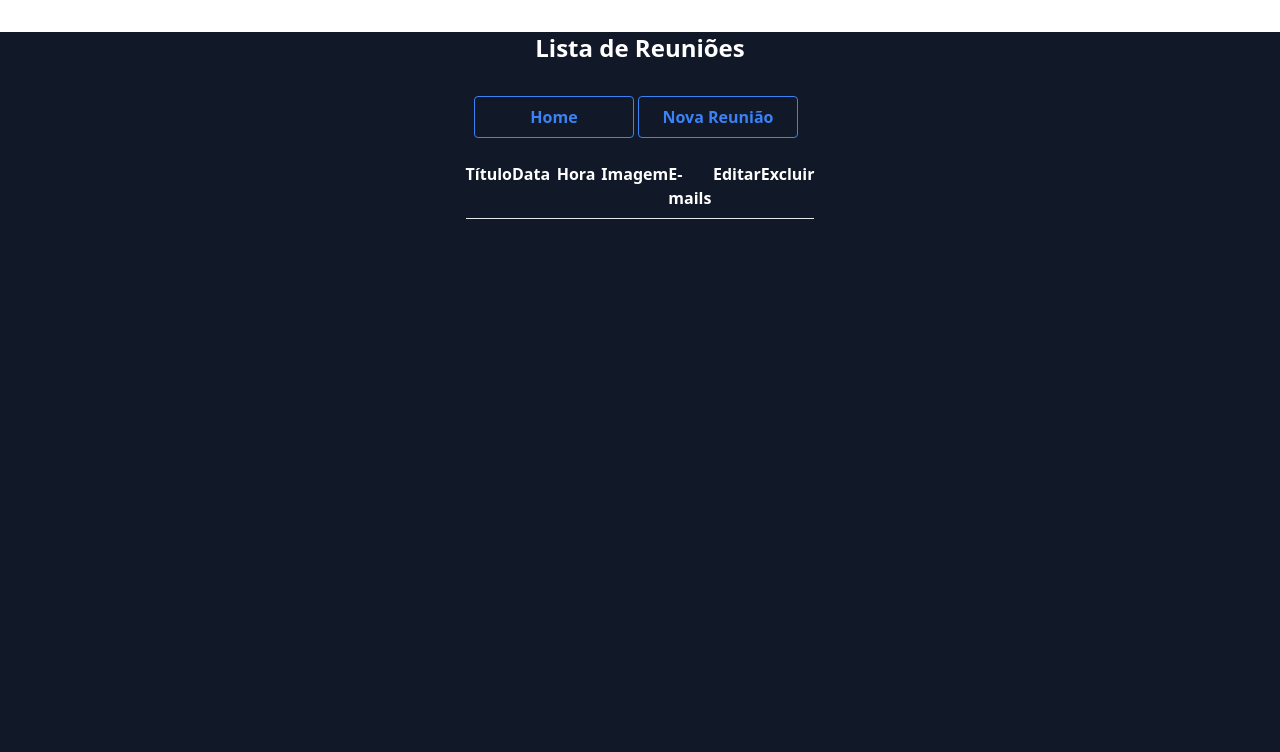
Repository: TamiBeira/meeting
Page: /meetings
These files come from the project's save history. The page is drawn as it stood at one moment and after the next save; the edit follows.
The browser window is 1280 px wide. The pictures show the whole page.
The project was rebuilt for these pictures with package versions that can differ from the ones it lists, and the page was loaded fresh each time. Also part of the build but not shown: vite.config.ts, src/contexts/FormContext.tsx, src/components/Form.tsx, src/components/HomePage.tsx.

Above is the page before, as saved 2024-02-27 00:37:09.

### index.html
<!doctype html>
<html lang="pt">
  <head>
    <meta charset="UTF-8" />
    <meta name="viewport" content="width=device-width, initial-scale=1.0" />
    <title>Meeting</title>
  </head>
  <body>
    <div id="root"></div>
    <script type="module" src="/src/main.tsx"></script>
  </body>
</html>

### src/app.tsx
import { BrowserRouter as Router, Routes, Route } from 'react-router-dom';
import { FormProvider } from './contexts/FormContext';
import { MeetingsProvider } from './contexts/MeetingsContext';
import { Form } from './components/Form';
import { MeetingsView } from './components/MeetingsView';
import { HomePage } from './components/HomePage';

export const App = () => {
  return (
    <Router>
      <Routes>
        <Route path="/" element={<HomePage />} />
        <Route path="/form" element={<FormProvider><Form /></FormProvider>} />
        <Route path="/meetings" element={<MeetingsProvider><MeetingsView /></MeetingsProvider>} />
      </Routes>
    </Router>
  );
};

### src/contexts/MeetingsContext.tsx
import React, { createContext, useState, useEffect, useContext } from 'react';
import { toast } from 'react-toastify';

export interface Meeting {
  title: string;
  data: string;
  hora: string;
  imagem?: string;
  imagemPath?: string;
  emails: string[];
}

interface MeetingsContextType {
  meetings: Meeting[];
  editableIndex: number | null;
  editedMeeting: Meeting;
  handleEdit: (index: number) => void;
  handleSave: () => void;
  handleDelete: (index: number) => void;
  handleInputChange: (event: React.ChangeEvent<HTMLInputElement>, key: string) => void;
}

interface MeetingContextProviderProps {
  children: React.ReactNode;
}

const MeetingsContext = createContext<MeetingsContextType | undefined>(undefined);

export const useMeetingsContext = () => {
  const context = useContext(MeetingsContext);
  if (!context) {
    throw new Error('useMeetingsContext must be used within a MeetingsProvider');
  }
  return context;
};

export const MeetingsProvider: React.FC<MeetingContextProviderProps> = ({ children }) => {
  const [meetings, setMeetings] = useState<Meeting[]>([]);
  const [editableIndex, setEditableIndex] = useState<number | null>(null);
  const [editedMeeting, setEditedMeeting] = useState<Meeting>({
    title: '',
    data: '',
    hora: '',
    emails: [],
  });

  useEffect(() => {
    const storedMeetings = localStorage.getItem('meetingData');
    if (storedMeetings) {
      setMeetings(JSON.parse(storedMeetings));
    }
  }, []);

  const handleEdit = (index: number) => {
    setEditableIndex(index);
    setEditedMeeting(meetings[index]);
  };

  const handleSave = () => {
    if (editableIndex === null) return;

    const updatedMeetings = [...meetings];
    updatedMeetings[editableIndex] = editedMeeting;
    setMeetings(updatedMeetings);
    localStorage.setItem('meetingData', JSON.stringify(updatedMeetings));
    setEditableIndex(null);
    setEditedMeeting({
      title: '',
      data: '',
      hora: '',
      emails: [],
    });
    toast.success('Reunião salva com sucesso!');
  };

  const handleDelete = (index: number) => {
    const confirmDelete = window.confirm('Tem certeza que deseja excluir esta reunião?');
    if (confirmDelete) {
      const updatedMeetings = [...meetings];
      updatedMeetings.splice(index, 1);
      setMeetings(updatedMeetings);
      localStorage.setItem('meetingData', JSON.stringify(updatedMeetings));
      toast.success('Reunião excluída com sucesso!');
    }
  };

  const handleInputChange = (event: React.ChangeEvent<HTMLInputElement>, key: string) => {
    setEditedMeeting({ ...editedMeeting, [key]: event.target.value });
  };

  const contextValue: MeetingsContextType = {
    meetings,
    editableIndex,
    editedMeeting,
    handleEdit,
    handleSave,
    handleDelete,
    handleInputChange,
  };

  return (
    <MeetingsContext.Provider value={contextValue}>
      {children}
    </MeetingsContext.Provider>
  );
};

### src/components/MeetingsView.tsx
import React from 'react';
import { Link } from 'react-router-dom';
import { ToastContainer } from 'react-toastify';
import { FaEdit, FaTrash } from 'react-icons/fa';
import { useMeetingsContext } from '../contexts/MeetingsContext';

export const MeetingsView: React.FC = () => {
  const {
    meetings,
    editableIndex,
    editedMeeting,
    handleEdit,
    handleSave,
    handleDelete,
    handleInputChange,
  } = useMeetingsContext();

  const handleImageChange = (e: React.ChangeEvent<HTMLInputElement>) => {
    const file = e.target.files && e.target.files[0];
    if (file) {
      const reader = new FileReader();
      reader.onloadend = () => {
        const imageDataUrl = reader.result as string;
        handleInputChange({ target: { value: imageDataUrl } } as React.ChangeEvent<HTMLInputElement>, 'imagem');
      };
      reader.readAsDataURL(file);
    }
  };

  return (
    <div className="flex flex-col items-center mt-8 bg-gray-900 w-full h-screen">
      <h2 className="text-2xl text-white font-bold mb-4">Lista de Reuniões</h2>
      <div className="mt-4 mb-4">
        <Link to="/" className="w-40 mr-1 inline-block text-center border border-solid border-blue-500 text-blue-500 font-bold px-4 py-2 rounded">Home</Link>
        <Link to="/form" className="w-40 inline-block text-center border border-solid border-blue-500 text-blue-500 font-bold mr-2 px-4 py-2 rounded">Nova Reunião</Link>
      </div>
      <ul>
        <li className="border-b border-gray-200 py-2 flex sm:flex-row font-semibold max-w-5xl">
          <div className="w-1/5 text-white">Título</div>
          <div className="w-1/5 text-white">Data</div>
          <div className="w-1/5 text-white">Hora</div>
          <div className="w-1/5 text-white">Imagem</div>
          <div className="w-1/5 text-white">E-mails</div>
          <div className="w-1/5 text-white text-center">Editar</div>
          <div className="w-1/5 text-white text-center">Excluir</div>
        </li>
        {meetings.map((meeting, index) => (
          <li key={index} className="max-w-5xl border-b border-gray-200 py-4 flex flex-col sm:flex-row justify-center items-center">
            {editableIndex === index ? (
              <>
                <input
                  type="text"
                  value={editedMeeting.title}
                  onChange={(e) => handleInputChange(e, 'title')}
                  className="mb-2 sm:mb-0 mr-4 px-4 py-2 border rounded-md shadow-sm focus:outline-none focus:ring-blue-500 focus:border-blue-500 max-w-28"
                  placeholder="Título"
                />
                <input
                  type="date"
                  value={editedMeeting.data}
                  onChange={(e) => handleInputChange(e, 'data')}
                  className="mb-2 sm:mb-0 mr-4 px-4 py-2 border rounded-md shadow-sm focus:outline-none focus:ring-blue-500 focus:border-blue-500"
                />
                <input
                  type="time"
                  value={editedMeeting.hora}
                  onChange={(e) => handleInputChange(e, 'hora')}
                  className="mb-2 sm:mb-0 mr-4 px-4 py-2 border rounded-md shadow-sm focus:outline-none focus:ring-blue-500 focus:border-blue-500"
                />
                <div className="flex items-center w-1/5">
                  <input
                    type="file"
                    accept="image/*"
                    onChange={handleImageChange}
                    className="hidden"
                    id="input-image"
                  />
                  <label htmlFor="input-image" className="cursor-pointer mr-2 underline text-blue-500">Escolher outra imagem</label>
                  {editedMeeting.imagem && (
                    <img src={editedMeeting.imagem} alt="Imagem da reunião" className="max-w-xs h-12" />
                  )}
                </div>
                <input
                  type="text"
                  value={editedMeeting.emails.join(', ')}
                  onChange={(e) => handleInputChange(e, 'emails')}
                  className="mb-2 sm:mb-0 mr-4 px-4 py-2 border rounded-md shadow-sm focus:outline-none focus:ring-blue-500 focus:border-blue-500 w-64"
                  placeholder="E-mails"
                />
                <div>
                  <button
                    onClick={handleSave}
                    className="bg-green-500 hover:bg-green-700 text-white font-bold py-2 px-4 mr-2 rounded"
                  >
                    Salvar
                  </button>
                </div>
              </>
            ) : (
              <>
                <div className="w-1/5 text-white">{meeting.title}</div>
                <div className="w-1/5 text-white">{meeting.data}</div>
                <div className="w-1/5 text-white">{meeting.hora}</div>
                <div className="w-1/5 text-white">
                  <img src={meeting.imagem} alt="Imagem da reunião" width={50} height={50}/>
                </div>
                <div className="w-1/5 text-white">{Array.isArray(meeting.emails) ? meeting.emails.join(', ') : ''}</div>
                <div className="w-1/5 text-center text-white">
                  <button
                    onClick={() => handleEdit(index)}
                    className="text-blue-500 font-bold"
                  >
                    <FaEdit className="inline-block mr-1" />
                  </button>
                </div>
                <div className='w-1/5 justify-center text-center'>
                  <button
                    onClick={() => handleDelete(index)}
                    className="text-red-500 font-bold"
                  >
                    <FaTrash className="inline-block mr-1" />
                  </button>
                </div>
              </>
            )}
          </li>
        ))}
      </ul>
      <ToastContainer />
    </div>
  );
};

### tailwind.config.js
/** @type {import('tailwindcss').Config} */
export default {
  content: [
    "./index.html",
    "./src/**/*.tsx",
  ],
  theme: {
    extend: {},
  },
  plugins: [],
}

Loaded but not shown: src/main.tsx (common file); src/index.css (common file)

After the next save:
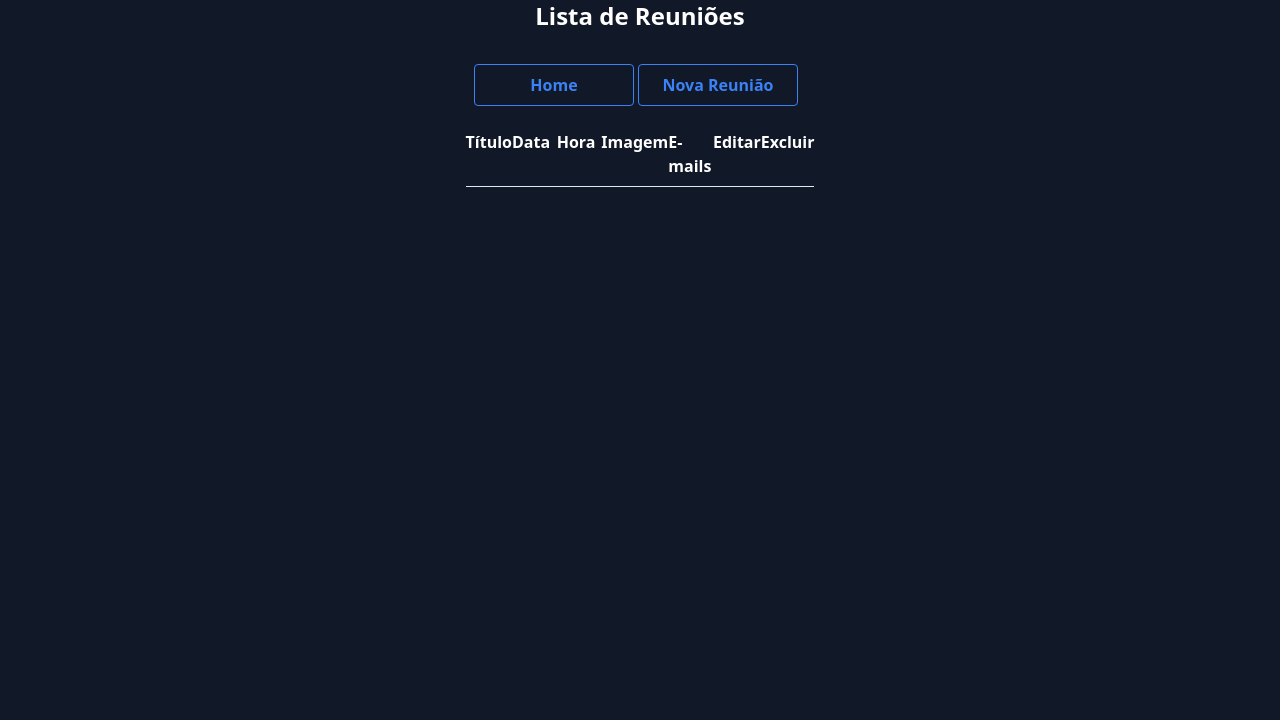
Saved 15 s later.
--- a/src/components/MeetingsView.tsx
+++ b/src/components/MeetingsView.tsx
@@ -28,7 +28,7 @@ export const MeetingsView: React.FC = () => {
   };
 
   return (
-    <div className="flex flex-col items-center mt-8 bg-gray-900 w-full h-screen">
+    <div className="flex flex-col items-center bg-gray-900 w-full h-screen">
       <h2 className="text-2xl text-white font-bold mb-4">Lista de Reuniões</h2>
       <div className="mt-4 mb-4">
         <Link to="/" className="w-40 mr-1 inline-block text-center border border-solid border-blue-500 text-blue-500 font-bold px-4 py-2 rounded">Home</Link>
